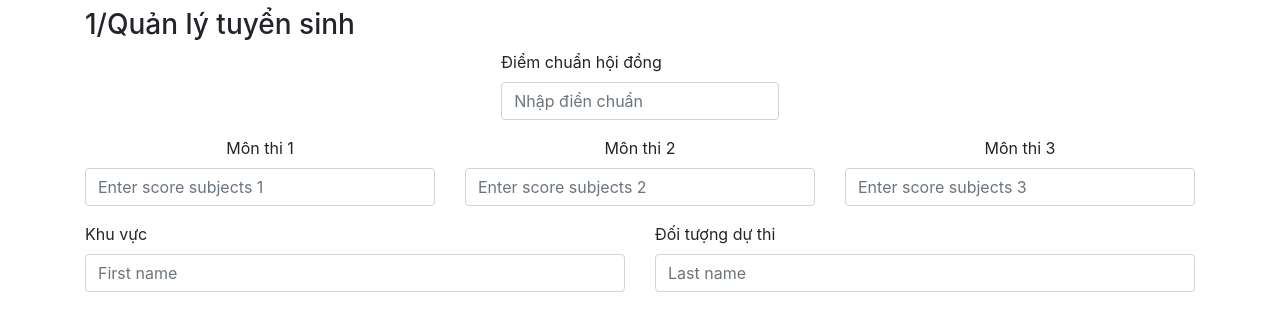
Repository: baobaodeveloper/bootcamp21__jsbasic4_HuynhAnhBao
Page: index.html
An editor plug-in stored every save of this project. The page is shown before and after the next save, followed by the edit.
The browser window is 1280 px wide. The pictures show the whole page.

Above is the page before, as saved 2022-03-13 17:38:44.

After the next save:
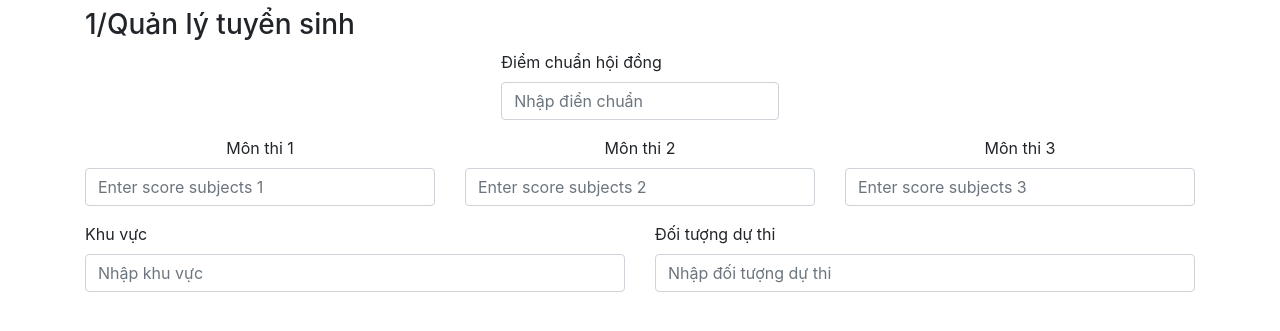
Saved 54 s later.
--- a/index.html
+++ b/index.html
@@ -64,11 +64,15 @@
       <div class="row mt-3">
         <div class="col">
           <label class="score">Khu vực</label>
-          <input type="text" class="form-control" placeholder="First name" />
+          <input type="text" class="form-control" placeholder="Nhập khu vực" />
         </div>
         <div class="col">
           <label class="score">Đối tượng dự thi</label>
-          <input type="text" class="form-control" placeholder="Last name" />
+          <input
+            type="text"
+            class="form-control"
+            placeholder="Nhập đối tượng dự thi"
+          />
         </div>
       </div>
     </div>
